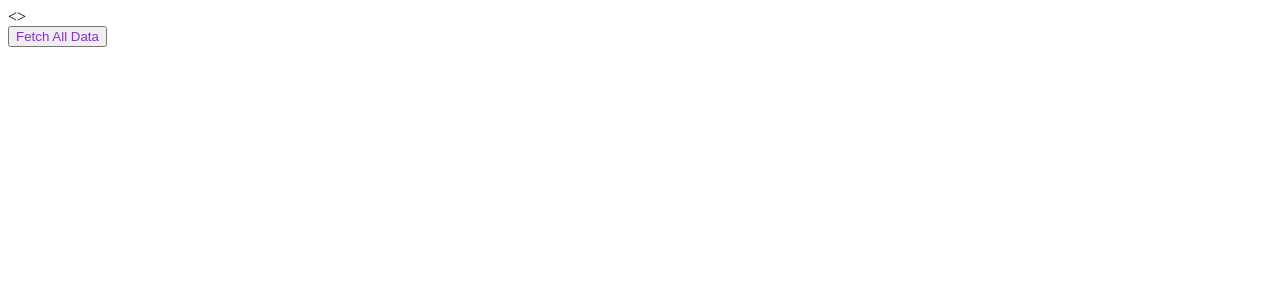
Repository: Gundeep-repos/407ETR_Assignment
Page: http://localhost/407ETR_Gundeep_Singh_assignment/
An editor plug-in stored every save of this project. The page is shown before and after the next save, followed by the edit.
The browser window is 1280 px wide. The pictures show the whole page.
The page is served by Tomcat 9.

Above is the page before, as saved 2021-07-03 23:44:36.

After the next save:
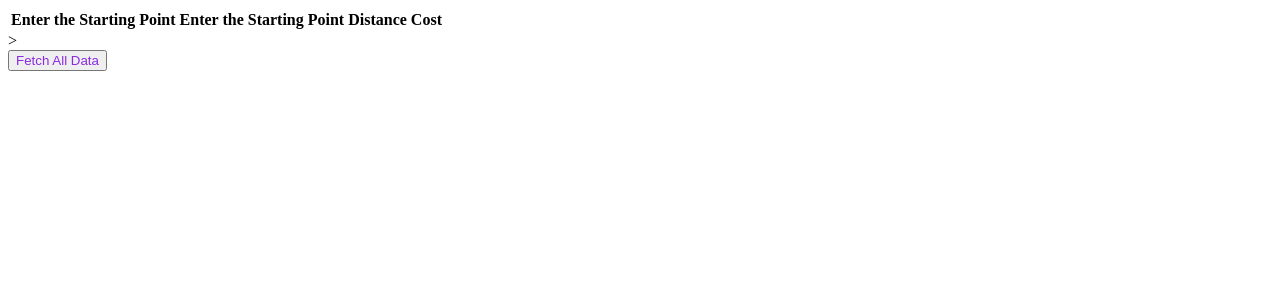
Saved 2 min 53 s later.
--- a/407ETR_Gundeep_Singh_assignment/WebContent/index.jsp
+++ b/407ETR_Gundeep_Singh_assignment/WebContent/index.jsp
@@ -73,7 +73,15 @@ function go2(){
 <body>
 
 <div style="center">
-<>
+<table>
+<tr>
+<th>Enter the Starting Point</th>
+<th>Enter the Starting Point</th>
+<th>Distance</th>
+<th>Cost</th>
+
+</tr>
+</table>>
 </div>
 <button style="color: blueviolet" onclick="go2()">Fetch All Data</button>
 </body>
